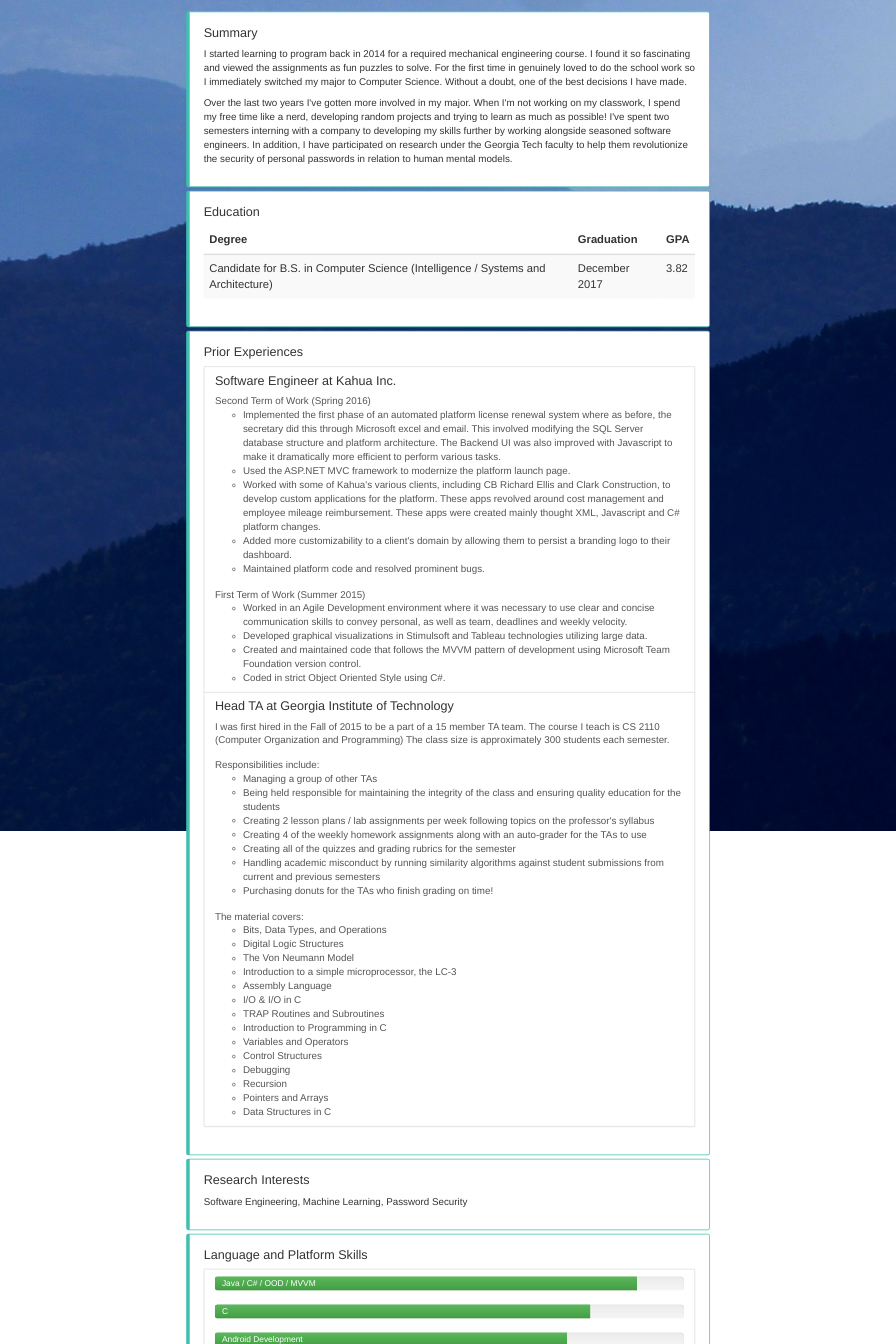
Repository: austinHerring/PersonalWebsite
Page: PersonalWebsite/WebContent/about.html
An editor plug-in stored every save of this project. The page is shown before and after the next save, followed by the edit.
The browser window is 1280 px wide. The pictures show the part of the page from y = 469 to 2389 px (the page is 3107 px tall before and 3267 px after), at 70% of full size.
Some web libraries are served in a nearby version.

Above is the page before, as saved 2016-06-13 04:46:05.

After the next save:
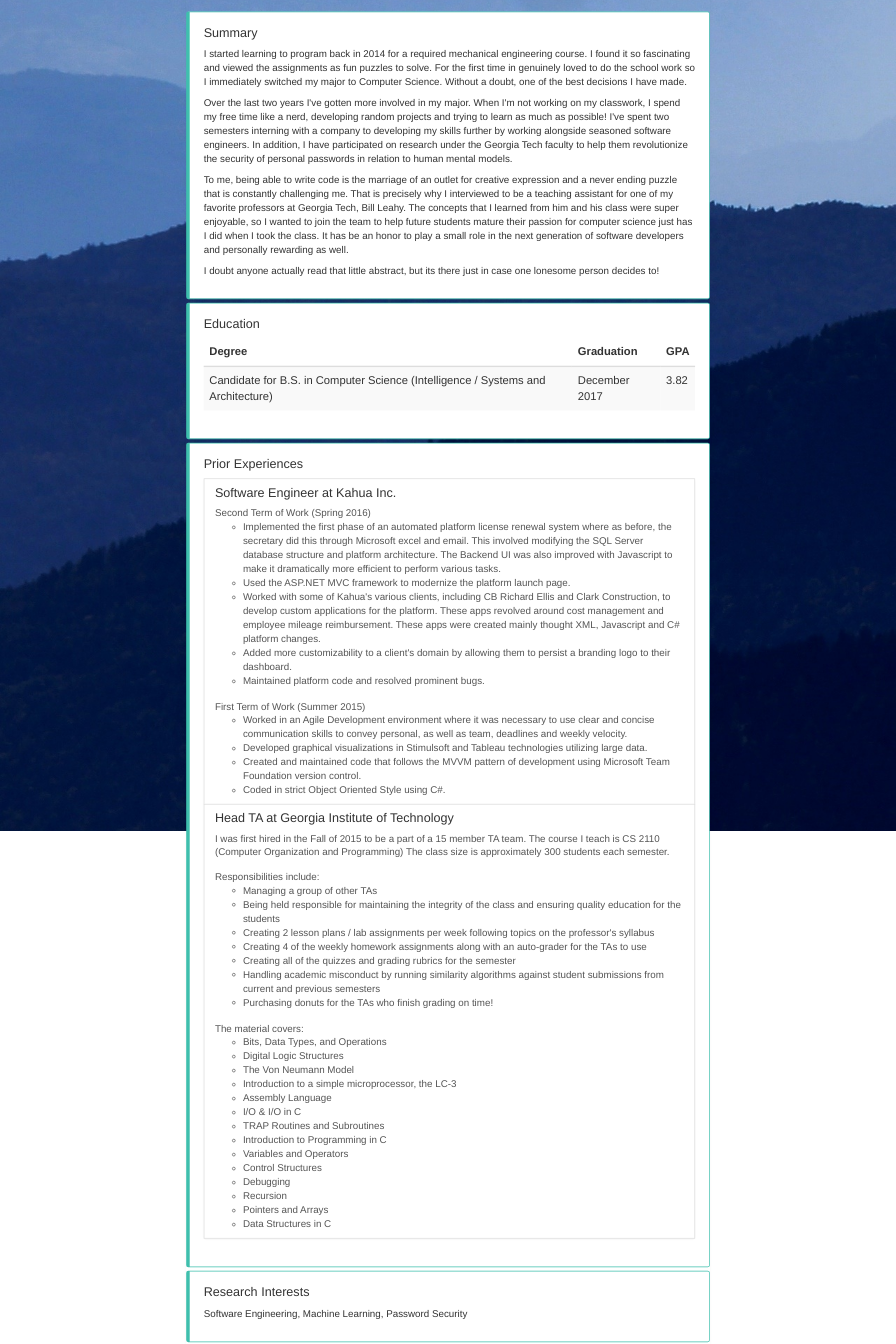
Saved 45 s later.
--- a/PersonalWebsite/WebContent/about.html
+++ b/PersonalWebsite/WebContent/about.html
@@ -77,6 +77,17 @@
 			         	seasoned software engineers. In addition, I have participated on research under the Georgia Tech faculty
 			         	to help them revolutionize the security of personal passwords in relation to human mental models.
 			        </p>
+			        <p>
+			        	To me, being able to write code is the marriage of an outlet for creative expression and a never ending
+			        	puzzle that is constantly challenging me. That is precisely why I interviewed to be a teaching assistant
+			        	for one of my favorite professors at Georgia Tech, Bill Leahy. The concepts that I learned from him and
+			        	his class were super enjoyable, so I wanted to join the team to help future students mature their passion
+			        	for computer science just has I did when I took the class. It has be an honor to play a small role in
+			        	the next generation of software developers and personally rewarding as well.
+			        </p>
+			        <p>
+			        	I doubt anyone actually read that little abstract, but its there just in case one lonesome person decides to!
+			        </p>
 			      </div>
 			      <div class="bs-callout">
 			        <h4>Education</h4>
